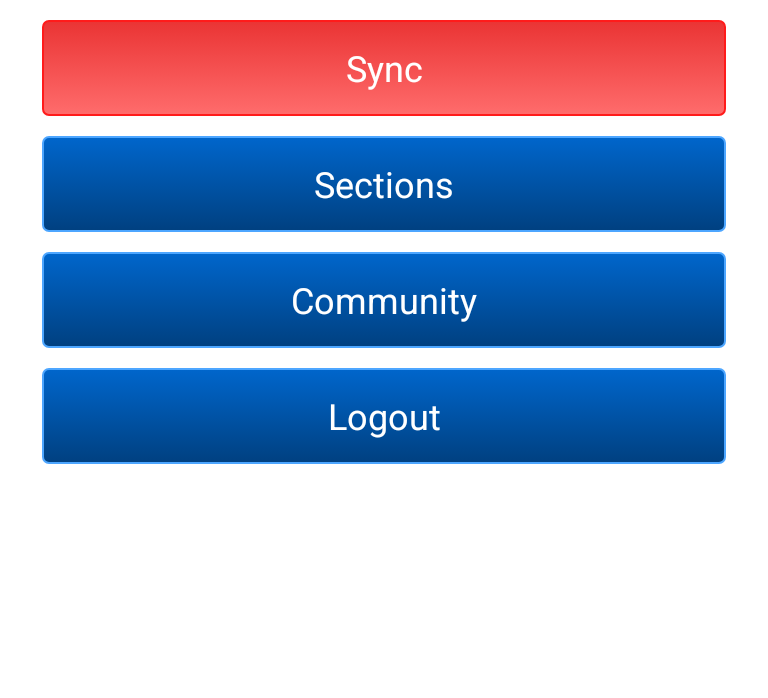
Repository: prabushitha/hydrosaver
Layout: hydrosaver/res/layout/activity_home.xml
An editor plug-in stored every save of this project. The layout is shown before and after the next save, followed by the edit.
The pictures show rows 582 to 1280 of an output 1280 px tall.
It is drawn on a 768 x 1280 px phone screen (xhdpi) without system bars, with theme AppTheme; the app's code is not run.

Above is the layout before, as saved 2016-10-08 07:14:45.

### hydrosaver/res/layout/activity_home.xml
<RelativeLayout xmlns:android="http://schemas.android.com/apk/res/android"
    xmlns:tools="http://schemas.android.com/tools"
    android:layout_width="match_parent"
    android:layout_height="match_parent"
    android:paddingBottom="@dimen/activity_vertical_margin"
    android:paddingLeft="@dimen/activity_horizontal_margin"
    android:paddingRight="@dimen/activity_horizontal_margin"
    android:paddingTop="@dimen/activity_vertical_margin"
    tools:context="com.whileloop.hydrosaver.HomeActivity" >
	<ScrollView
        android:id="@+id/scrollView1"
        android:layout_width="fill_parent"
        android:layout_height="fill_parent"
        >
	    <TableLayout
		    android:layout_width="fill_parent"
		    android:layout_height="fill_parent"
		    android:stretchColumns="*">
		     <TableRow
	            android:id="@+id/tableRow2"
	            android:layout_width="wrap_content"
	            android:gravity="center"
	            android:layout_height="0dp"
	            android:layout_weight="5"
	            android:minHeight="550px" >
			        <com.github.mikephil.charting.charts.PieChart
						    android:layout_width="match_parent"
						    android:layout_height="match_parent"
						    android:id="@+id/graphMainPie">

					</com.github.mikephil.charting.charts.PieChart>
		        <!--
	            <ImageView android:id="@+id/imagen"
		        android:layout_width="fill_parent"
		        android:layout_height="fill_parent"
		        android:src="@drawable/graph1"/>
				-->
	        </TableRow>


		     <TableRow
	            android:id="@+id/tableRow6"
	            android:layout_width="match_parent"
	            android:layout_height="0dp"
	            android:layout_weight="1"  >

	            <Button
	                android:id="@+id/button3"
	                android:layout_marginTop="20px"
	                android:layout_marginLeft="10px"
	                android:layout_marginRight="10px"
	                android:padding="10dp"
	                android:layout_width="fill_parent"
	                android:layout_height="match_parent"
	                android:background="@drawable/syncbutton"
	                android:text="Sync"
	                android:layout_weight="1"
	                android:textColor="#ffffff"
	                />
	        </TableRow>

	        <TableRow
	            android:id="@+id/tableRow4"
	            android:layout_width="match_parent"
	            android:layout_height="0dp"
	            android:layout_weight="1" >

	            <Button
	                android:id="@+id/button1"
	                android:layout_marginTop="20px"
	                android:layout_marginLeft="10px"
	                android:layout_marginRight="10px"
	                android:padding="10dp"
	                android:layout_width="fill_parent"
	                android:layout_height="match_parent"
	                android:background="@drawable/mybutton"
	                android:text="Sections"
	                android:layout_weight="1"
	                android:textColor="#ffffff"

	                />
	        </TableRow>

	        <TableRow
	            android:id="@+id/tableRow5"
	            android:layout_width="match_parent"
	            android:layout_height="0dp"
	            android:layout_weight="1"  >

	            <Button
	                android:id="@+id/button2"
	                android:layout_marginTop="20px"
	                android:layout_marginLeft="10px"
	                android:layout_marginRight="10px"
	                android:padding="10dp"
	                android:layout_width="fill_parent"
	                android:layout_height="match_parent"
	                android:background="@drawable/mybutton"
	                android:text="Community"
	                android:layout_weight="1"
	                android:textColor="#ffffff"
	                />
	        </TableRow>


		    <TableRow
		        android:layout_width="match_parent"
	            android:layout_height="0dp"
	            android:layout_weight="1"
		        >
		        <!-- Login button -->

		        <Button
	                android:id="@+id/btnLogout"
	                android:layout_marginTop="20px"
	                android:layout_marginLeft="10px"
	                android:layout_marginRight="10px"
	                android:padding="10dp"
	                android:layout_width="fill_parent"
	                android:layout_height="match_parent"
	                android:background="@drawable/mybutton"
	                android:text="Logout"
	                android:layout_weight="1"
	                android:textColor="#ffffff"
	                />
		        </TableRow>


		</TableLayout>
	</ScrollView>

</RelativeLayout>

### hydrosaver/res/drawable-mdpi/syncbutton.xml
<?xml version="1.0" encoding="utf-8"?>
<selector xmlns:android="http://schemas.android.com/apk/res/android" >
 <item android:state_pressed="true" >
     <shape android:shape="rectangle"  >
         <corners android:radius="3dip" />
         <stroke android:width="1dip" android:color="#ff1b1b" />
         <gradient android:angle="-90" android:startColor="#ea3434" android:endColor="#ff6c6c"  />
     </shape>
 </item>
<item android:state_focused="true">
     <shape android:shape="rectangle"  >
         <corners android:radius="3dip" />
         <stroke android:width="1dip" android:color="#ea3434" />
         <solid android:color="#ff6c6c"/>
     </shape>
 </item>
<item >
    <shape android:shape="rectangle"  >
         <corners android:radius="3dip" />
         <stroke android:width="1dip" android:color="#ff1b1b" />
         <gradient android:angle="-90" android:startColor="#ea3434" android:endColor="#ff6c6c" />
     </shape>
 </item>
</selector>

### hydrosaver/res/drawable-mdpi/mybutton.xml
<?xml version="1.0" encoding="utf-8"?>
<selector xmlns:android="http://schemas.android.com/apk/res/android" >
 <item android:state_pressed="true" >
     <shape android:shape="rectangle"  >
         <corners android:radius="3dip" />
         <stroke android:width="1dip" android:color="#4da6ff" />
         <gradient android:angle="-90" android:startColor="#0066cc" android:endColor="#004080"  />
     </shape>
 </item>
<item android:state_focused="true">
     <shape android:shape="rectangle"  >
         <corners android:radius="3dip" />
         <stroke android:width="1dip" android:color="#0066cc" />
         <solid android:color="#4da6ff"/>
     </shape>
 </item>
<item >
    <shape android:shape="rectangle"  >
         <corners android:radius="3dip" />
         <stroke android:width="1dip" android:color="#4da6ff" />
         <gradient android:angle="-90" android:startColor="#0066cc" android:endColor="#004080" />
     </shape>
 </item>
</selector>

Loaded but not shown: hydrosaver/res/values/styles.xml (common file); hydrosaver/res/values-v11/styles.xml (common file); hydrosaver/res/values-v14/styles.xml (common file); hydrosaver/res/values/dimens.xml (common file); hydrosaver/res/values-w820dp/dimens.xml (common file)

After the next save:
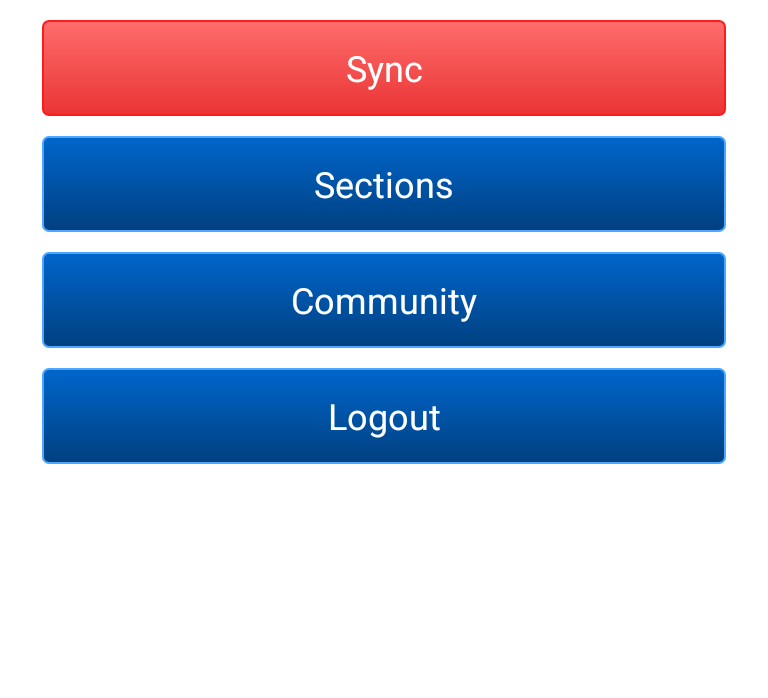
Saved 78 s later.
--- a/hydrosaver/res/drawable-mdpi/syncbutton.xml
+++ b/hydrosaver/res/drawable-mdpi/syncbutton.xml
@@ -10,15 +10,15 @@
 <item android:state_focused="true">
      <shape android:shape="rectangle"  >
          <corners android:radius="3dip" />
-         <stroke android:width="1dip" android:color="#ea3434" />
-         <solid android:color="#ff6c6c"/>
+         <stroke android:width="1dip" android:color="#ff6c6c" />
+         <solid android:color="#ea3434"/>
      </shape>
  </item>
 <item >
     <shape android:shape="rectangle"  >
          <corners android:radius="3dip" />
          <stroke android:width="1dip" android:color="#ff1b1b" />
-         <gradient android:angle="-90" android:startColor="#ea3434" android:endColor="#ff6c6c" />
+         <gradient android:angle="-90" android:startColor="#ff6c6c" android:endColor="#ea3434" />
      </shape>
  </item>
 </selector>
